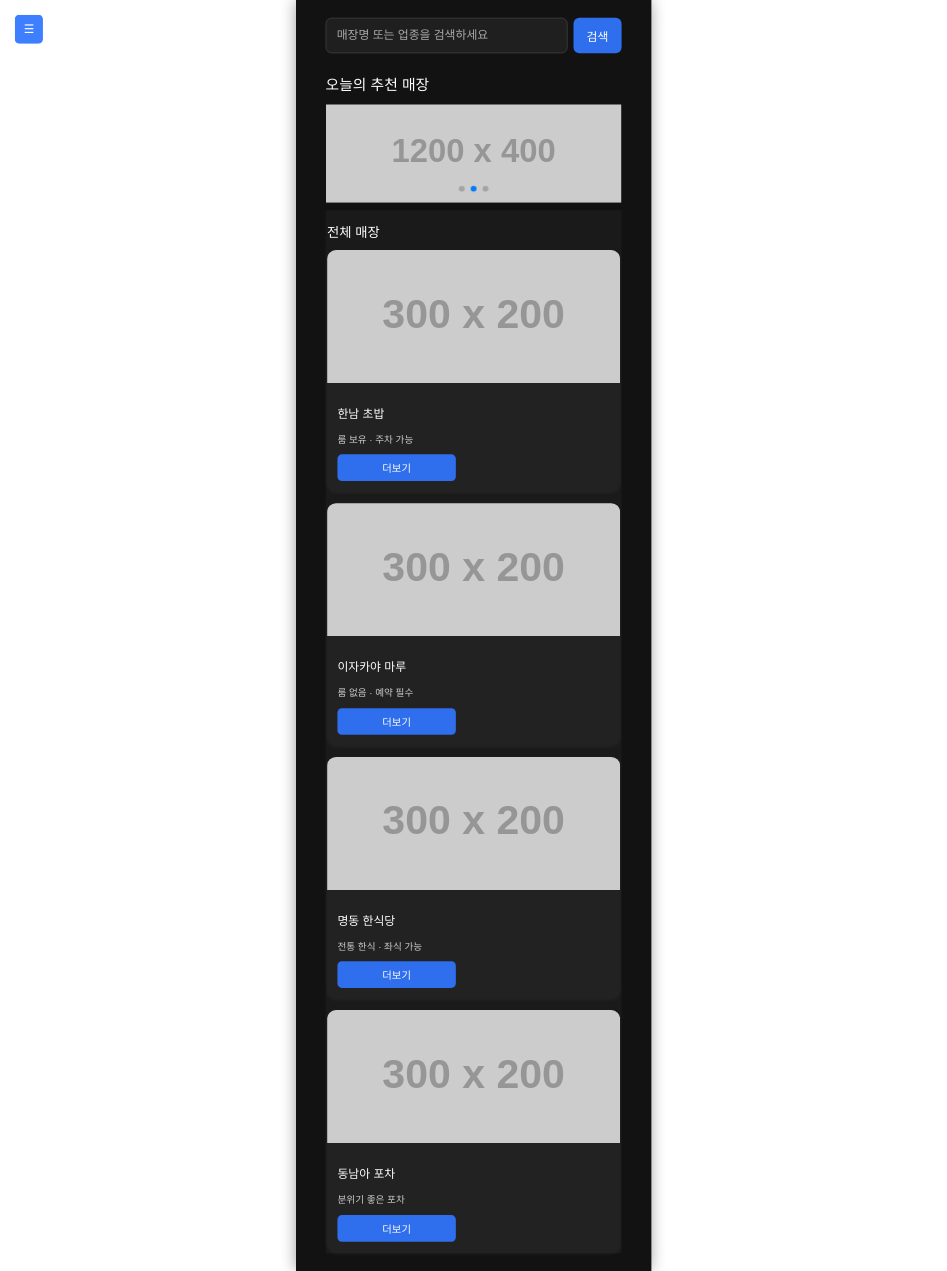
Repository: noiredex/Choplan-API
Page: / (app in choplan/frontend_main/)
An editor plug-in stored every save of this project. The page is shown before and after the next save, followed by the edit.
The browser window is 1280 px wide. The pictures show the whole page, at 74% of full size.
The project was rebuilt for these pictures with package versions that can differ from the ones it lists, and the page was loaded fresh each time. Also part of the build but not shown: choplan/frontend_main/vite.config.js, choplan/frontend_main/vite.config.ts, choplan/frontend_main/src/styles/StoreDetailPage.css, choplan/frontend_main/src/pages/StoreDetailPage.jsx.

Above is the page before, as saved 2025-10-29 10:31:29.

After the next save:
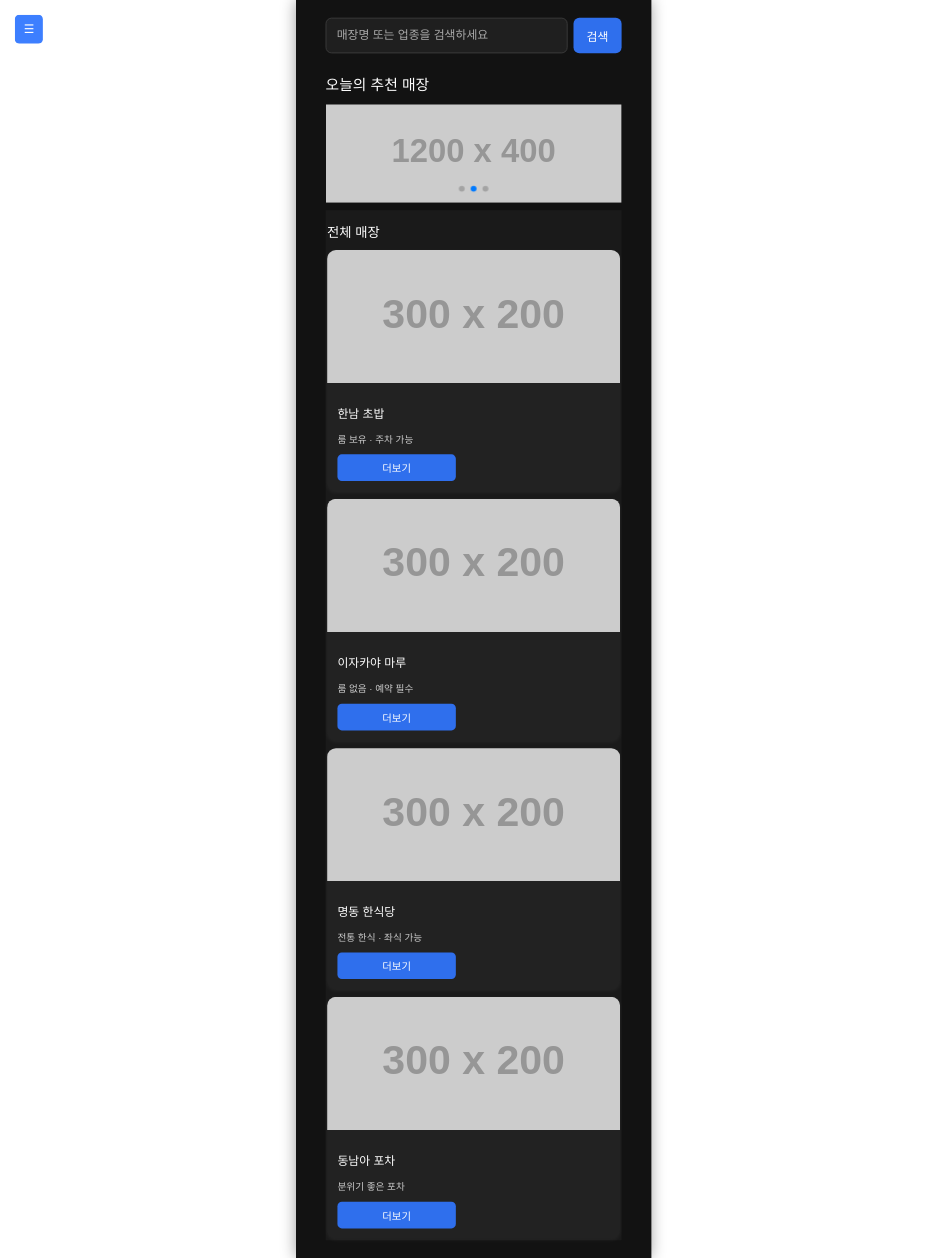
Saved 8 s later.
--- a/choplan/frontend_main/src/styles/RecommendedStores.css
+++ b/choplan/frontend_main/src/styles/RecommendedStores.css
@@ -15,7 +15,7 @@
 /* ===== 매장 카드 그리드 ===== */
 .store-grid {
   display: grid;
-  gap: 16px;
+  gap: 10px;
   width: 100%;
   max-width: 1200px;
   margin: 0 auto;
